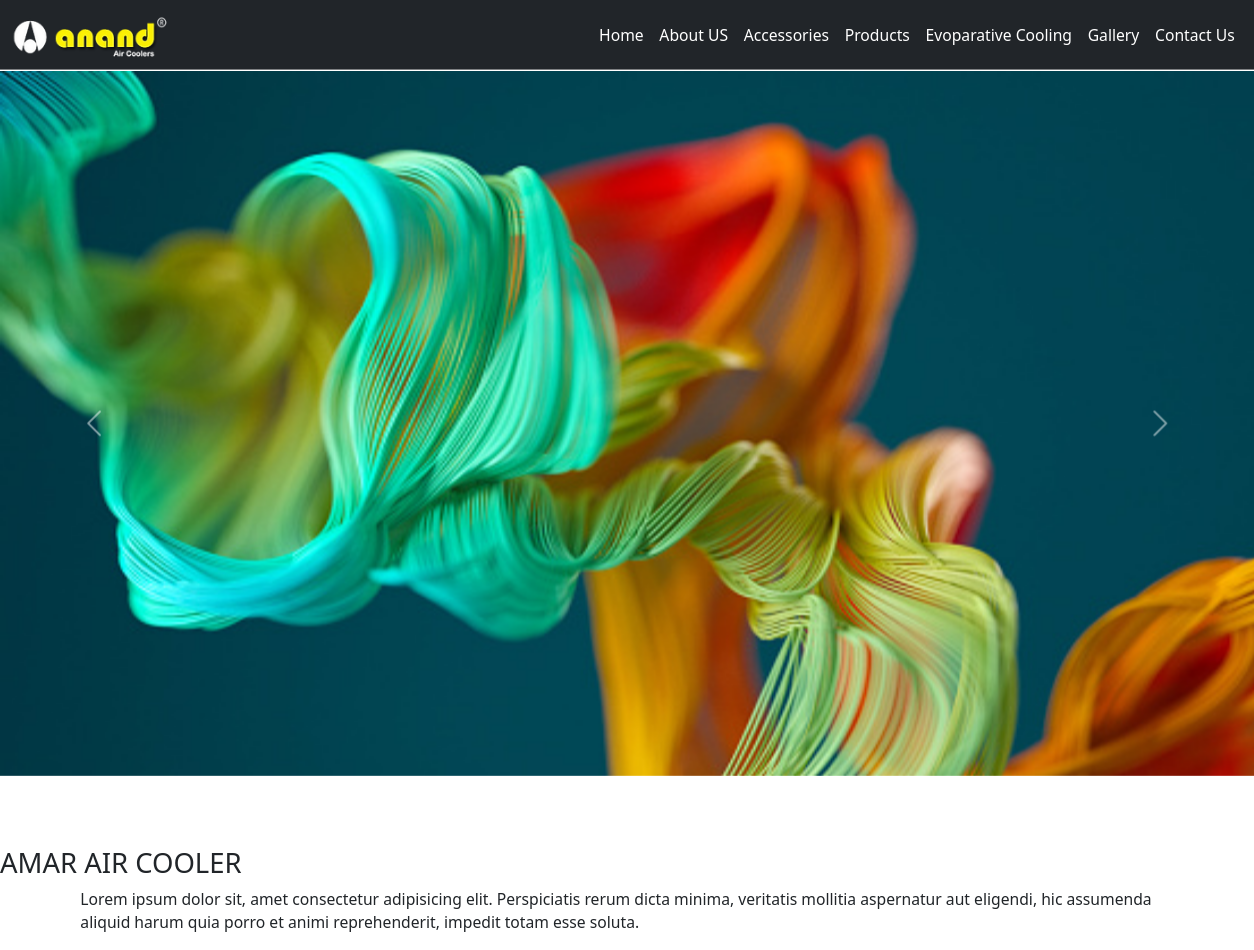
Repository: dhavalmaniyar/divakar
Page: http://localhost/
An editor plug-in stored every save of this project. The page is shown before and after the next save, followed by the edit.
The browser window is 1280 px wide. The pictures show the whole page, at 98% of full size.
The page is served by the project's application, run on Django 3.2 (divakar_app/manage.py). Other server files are loaded and not shown.

Above is the page before, as saved 2021-12-08 11:13:27.

### divakar_app/templates/index.html
{% extends "base.html" %}
{% load static %}
{%block body%}
<br><br><br>
<div id="carouselExampleInterval" class="carousel slide" data-bs-ride="carousel">
    <div class="carousel-inner">
      <div class="carousel-item active" data-bs-interval="2000">
        <img src="{%static '/images/landingpage.jpg'%}" class="d-block w-100" alt="">
      </div>
      <div class="carousel-item" data-bs-interval="2000">
        <img src="{%static '/images/landingpage.jpg'%}" class="d-block w-100" alt="">
      </div>
      <div class="carousel-item">
        <img src="{%static '/images/landingpage.jpg'%}" class="d-block w-100" alt="">
      </div>
    </div>
    <button class="carousel-control-prev" type="button" data-bs-target="#carouselExampleInterval" data-bs-slide="prev">
      <span class="carousel-control-prev-icon" aria-hidden="true"></span>
      <span class="visually-hidden">Previous</span>
    </button>
    <button class="carousel-control-next" type="button" data-bs-target="#carouselExampleInterval" data-bs-slide="next">
      <span class="carousel-control-next-icon" aria-hidden="true"></span>
      <span class="visually-hidden">Next</span>
    </button>
  </div>
  <br><br><br>
  <h3>AMAR AIR COOLER</h3>
  <div class="container">
      <p>Lorem ipsum dolor sit, amet consectetur adipisicing elit. Perspiciatis rerum dicta minima, veritatis mollitia aspernatur aut eligendi, hic assumenda aliquid harum quia porro et animi reprehenderit, impedit totam esse soluta.</p>
  </div>
{%endblock body%}

### divakar_app/templates/base.html
{% load static %}
<!DOCTYPE html>
<html lang="en">

<head>
    <meta charset="UTF-8">
    <meta http-equiv="X-UA-Compatible" content="IE=edge">
    <meta name="viewport" content="width=device-width, initial-scale=1.0">
    <link rel="stylesheet" href="{%static '/css/bootstrap.css'%}">
    <script src="{%static '/js/bootstrap.js'%}"></script>
    <script src="https://ajax.googleapis.com/ajax/libs/jquery/3.5.1/jquery.min.js"></script>
    <title>Amar Coolers</title>
</head>
<style>
 .navbar{
     position: absolute;
     right: 0;
     left: 0;
     top: 0;
     z-index: 100;
      }
</style>

<body>
    <nav class="navbar navbar-expand-lg navbar-dark bg-dark">
        <div class="container-fluid">
            <a class="navbar-brand" href="#">
                <img src="{%static '/images/logo.webp'%}" alt="" width="100%" height="44"
                    class="d-inline-block align-text-top">
            </a>
            <button class="navbar-toggler" type="button" data-bs-toggle="collapse" data-bs-target="#navbarNavAltMarkup"
                aria-controls="navbarNavAltMarkup" aria-expanded="false" aria-label="Toggle navigation">
                <span class="navbar-toggler-icon"></span>
            </button>
            <div class="collapse navbar-collapse justify-content-end" id="navbarNavAltMarkup">
                <div class="navbar-nav">
                    <a class="nav-link active" href="#">Home</a>
                    <a class="nav-link active" href="#">About US</a>
                    <a class="nav-link active" href="#">Accessories</a>
                    <a class="nav-link active" href="#">Products</a>
                    <a class="nav-link active" href="#">Evoparative Cooling</a>
                    <a class="nav-link active" href="#">Gallery</a>
                    <a class="nav-link active" href="#">Contact Us</a>
                </div>
            </div>
        </div>
    </nav>
    {% block body %}

    {% endblock body %}
</body>

</html>

### divakar_app/divakar_app/urls.py
"""divakar_app URL Configuration

The `urlpatterns` list routes URLs to views. For more information please see:
    https://docs.djangoproject.com/en/3.1/topics/http/urls/
Examples:
Function views
    1. Add an import:  from my_app import views
    2. Add a URL to urlpatterns:  path('', views.home, name='home')
Class-based views
    1. Add an import:  from other_app.views import Home
    2. Add a URL to urlpatterns:  path('', Home.as_view(), name='home')
Including another URLconf
    1. Import the include() function: from django.urls import include, path
    2. Add a URL to urlpatterns:  path('blog/', include('blog.urls'))
"""
from django.contrib import admin
from django.urls import path
from django.urls.conf import include

urlpatterns = [
    path('',include('amar_coolers.urls')),
    path('admin/', admin.site.urls),
]

### divakar_app/amar_coolers/urls.py
from django.contrib import admin
from django.urls import path
from . import views
urlpatterns = [
    path('',views.index,name='index'),
]

Loaded but not shown: divakar_app/amar_coolers/views.py (common file); divakar_app/static/css/bootstrap.css (library); divakar_app/static/js/bootstrap.js (library)

After the next save:
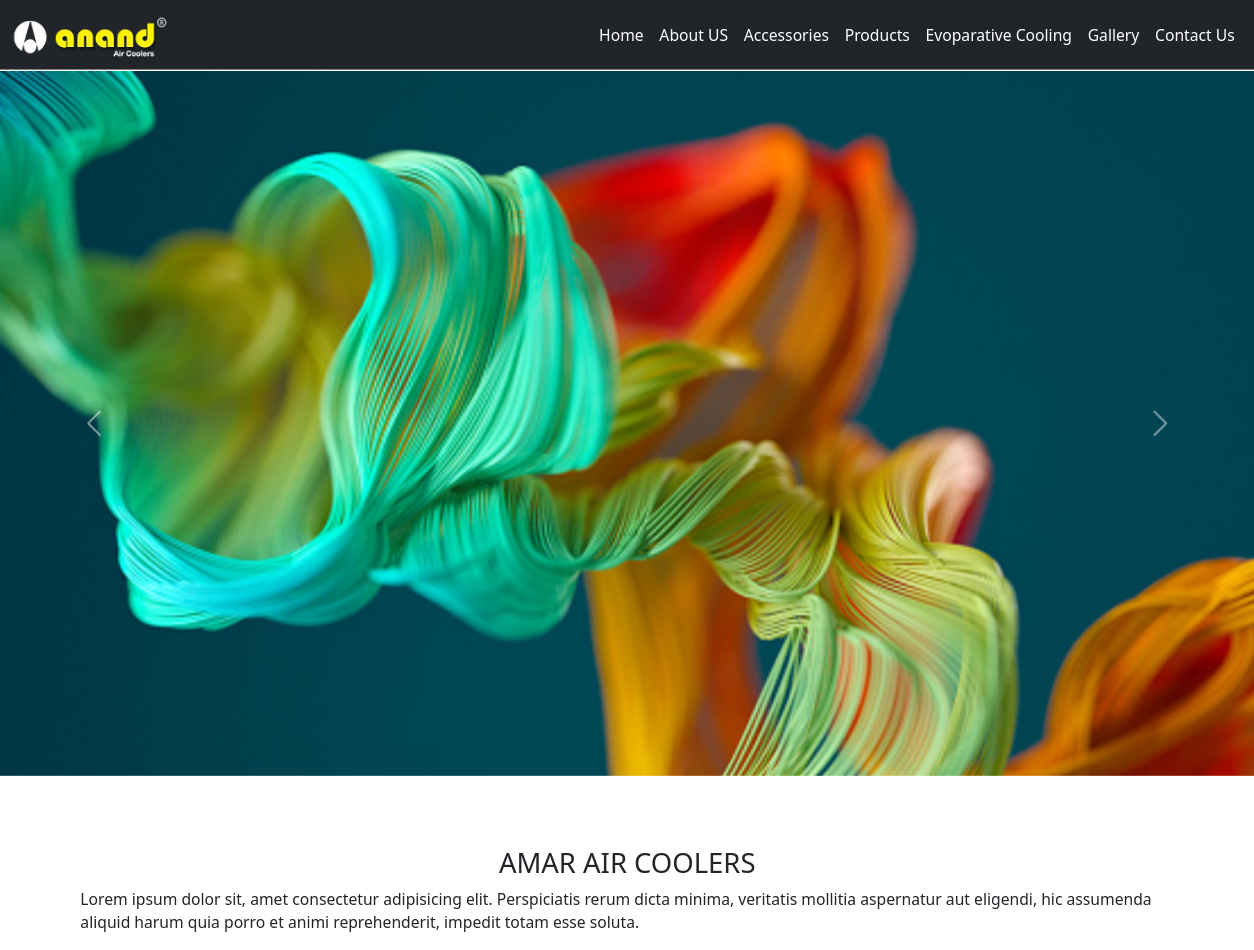
Saved 10 s later.
--- a/divakar_app/templates/index.html
+++ b/divakar_app/templates/index.html
@@ -24,7 +24,7 @@
     </button>
   </div>
   <br><br><br>
-  <h3>AMAR AIR COOLER</h3>
+  <h3 class="text-center">AMAR AIR COOLERS</h3>
   <div class="container">
       <p>Lorem ipsum dolor sit, amet consectetur adipisicing elit. Perspiciatis rerum dicta minima, veritatis mollitia aspernatur aut eligendi, hic assumenda aliquid harum quia porro et animi reprehenderit, impedit totam esse soluta.</p>
   </div>
